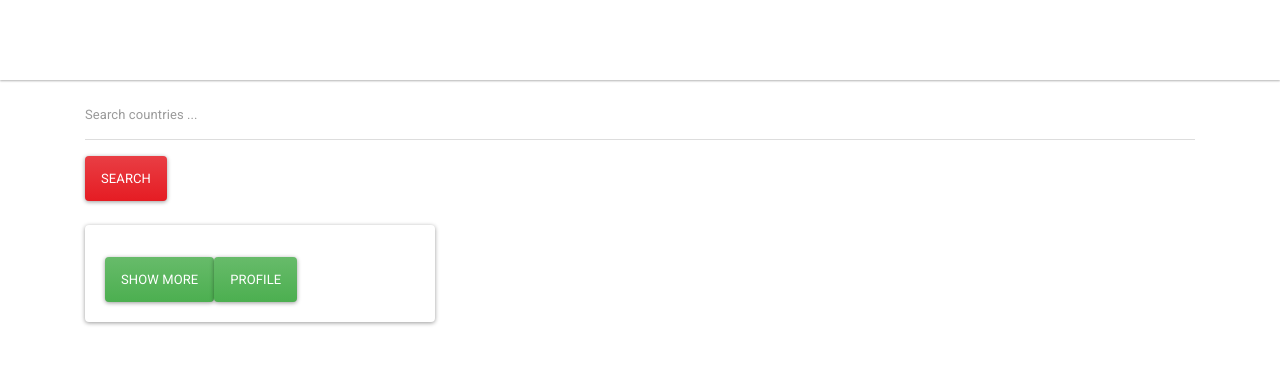
Repository: abdelhak-f/Countries_React
Page: / (app in client/)
These files come from the project's save history. The page is drawn as it stood at one moment and after the next save; the edit follows.
The browser window is 1280 px wide. The pictures show the whole page.
The page's requests for data from a server got no answer. The project was rebuilt for these pictures with package versions that can differ from the ones it lists, and the page was loaded fresh each time. No one was signed in, and anything a server would have sent is missing.

Above is the page before, as saved 2021-05-06 12:06:26.

After the next save:
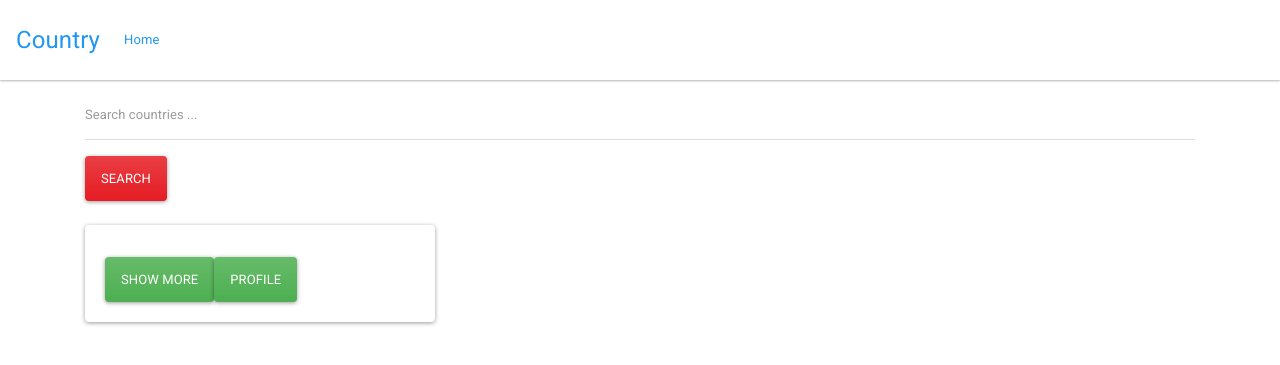
Saved 17 s later.
--- a/client/src/components/partials/Navbar.jsx
+++ b/client/src/components/partials/Navbar.jsx
@@ -3,7 +3,7 @@ import React from 'react';
 export default function Navbar() {
   return (
     <>
-    <nav className="navbar navbar-expand-sm navbar-dark bg-green">
+    <nav className="navbar navbar-expand-sm  bg-green">
         <a className="navbar-brand" href="#">Country</a>
         <button className="navbar-toggler d-lg-none" type="button" data-toggle="collapse" data-target="#collapsibleNavId" aria-controls="collapsibleNavId"
             aria-expanded="false" aria-label="Toggle navigation">
